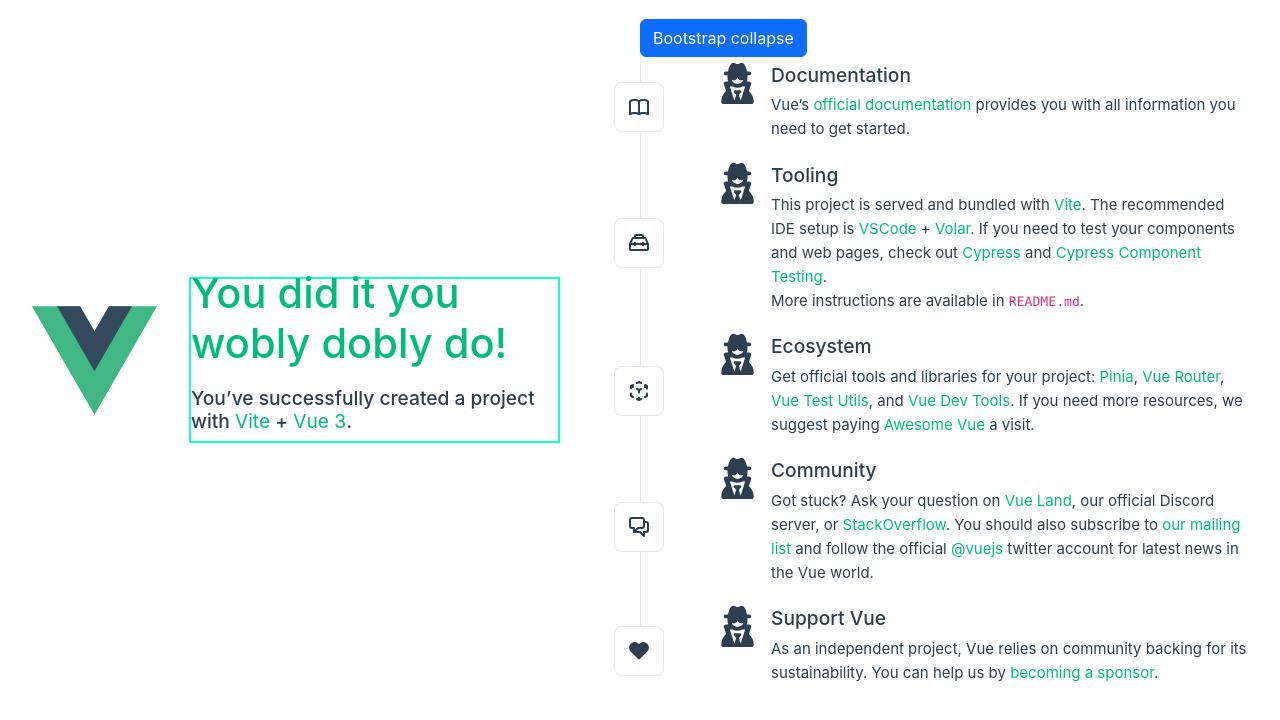
Repository: mchlebosz/Hackaton-AKAI-App
Page: / (app in vue-3/)
An editor plug-in stored every save of this project. The page is shown before and after the next save, followed by the edit.
The browser window is 1280 px wide. The pictures show the whole page.
The project was rebuilt for these pictures with package versions that can differ from the ones it lists, and the page was loaded fresh each time. Also part of the build but not shown: vue-3/vite.config.js.

Above is the page before, as saved 2022-11-03 13:00:48.

### vue-3/src/main.js
import { createApp } from "vue";
import App from "./App.vue";

import "bootstrap/dist/css/bootstrap.css";
import "./assets/main.css";

/* import the fontawesome core */
import { library } from "@fortawesome/fontawesome-svg-core";

/* import font awesome icon component */
import { FontAwesomeIcon } from "@fortawesome/vue-fontawesome";

/* import specific icons */
import { faUserSecret } from "@fortawesome/free-solid-svg-icons";

import "bootstrap-icons/font/bootstrap-icons.css";

/* add icons to the library */
library.add(faUserSecret);

createApp(App).component("fa-icon", FontAwesomeIcon).mount("#app");

import "bootstrap/dist/js/bootstrap.js";

### vue-3/src/App.vue
<script setup>
import HelloWorld from "./components/HelloWorld.vue";
import TheWelcome from "./components/TheWelcome.vue";
</script>

<template>
  <header>
    <img
      alt="Vue logo"
      class="logo"
      src="./assets/logo.svg"
      width="125"
      height="125"
    />

    <div class="wrapper">
      <HelloWorld msg="You did it you wobly dobly do!" />
    </div>
  </header>

  <main>
    <TheWelcome />
  </main>
</template>

<style lang="scss" scoped>
header {
  line-height: 1.5;
  div {
    border: 1px solid #1fc;
  }
}

.logo {
  display: block;
  margin: 0 auto 2rem;
}

@media (min-width: 1024px) {
  header {
    display: flex;
    place-items: center;
    padding-right: calc(var(--section-gap) / 2);
  }

  .logo {
    margin: 0 2rem 0 0;
  }

  header .wrapper {
    display: flex;
    place-items: flex-start;
    flex-wrap: wrap;
  }
}
</style>

### vue-3/src/components/TheWelcome.vue
<script setup>
import WelcomeItem from "./WelcomeItem.vue";
import DocumentationIcon from "./icons/IconDocumentation.vue";
import ToolingIcon from "./icons/IconTooling.vue";
import EcosystemIcon from "./icons/IconEcosystem.vue";
import CommunityIcon from "./icons/IconCommunity.vue";
import SupportIcon from "./icons/IconSupport.vue";
</script>

<template>
  <button
    class="btn btn-primary"
    data-bs-target="#collapseTarget"
    data-bs-toggle="collapse"
  >
    Bootstrap collapse
  </button>
  <div class="collapse py-2" id="collapseTarget">
    This is the toggle-able content!
  </div>
  <WelcomeItem>
    <template #icon>
      <DocumentationIcon />
    </template>
    <template #heading>Documentation</template>

    Vue’s
    <a href="https://vuejs.org/" target="_blank" rel="noopener"
      >official documentation</a
    >
    provides you with all information you need to get started.
  </WelcomeItem>

  <WelcomeItem>
    <template #icon>
      <ToolingIcon />
    </template>
    <template #heading>Tooling</template>

    This project is served and bundled with
    <a
      href="https://vitejs.dev/guide/features.html"
      target="_blank"
      rel="noopener"
      >Vite</a
    >. The recommended IDE setup is
    <a href="https://code.visualstudio.com/" target="_blank" rel="noopener"
      >VSCode</a
    >
    +
    <a
      href="https://github.com/johnsoncodehk/volar"
      target="_blank"
      rel="noopener"
      >Volar</a
    >. If you need to test your components and web pages, check out
    <a href="https://www.cypress.io/" target="_blank" rel="noopener">Cypress</a>
    and
    <a href="https://on.cypress.io/component" target="_blank"
      >Cypress Component Testing</a
    >.

    <br />

    More instructions are available in <code>README.md</code>.
  </WelcomeItem>

  <WelcomeItem>
    <template #icon>
      <EcosystemIcon />
    </template>
    <template #heading>Ecosystem</template>

    Get official tools and libraries for your project:
    <a href="https://pinia.vuejs.org/" target="_blank" rel="noopener">Pinia</a>,
    <a href="https://router.vuejs.org/" target="_blank" rel="noopener"
      >Vue Router</a
    >,
    <a href="https://test-utils.vuejs.org/" target="_blank" rel="noopener"
      >Vue Test Utils</a
    >, and
    <a href="https://github.com/vuejs/devtools" target="_blank" rel="noopener"
      >Vue Dev Tools</a
    >. If you need more resources, we suggest paying
    <a
      href="https://github.com/vuejs/awesome-vue"
      target="_blank"
      rel="noopener"
      >Awesome Vue</a
    >
    a visit.
  </WelcomeItem>

  <WelcomeItem>
    <template #icon>
      <CommunityIcon />
    </template>
    <template #heading>Community</template>

    Got stuck? Ask your question on
    <a href="https://chat.vuejs.org" target="_blank" rel="noopener">Vue Land</a
    >, our official Discord server, or
    <a
      href="https://stackoverflow.com/questions/tagged/vue.js"
      target="_blank"
      rel="noopener"
      >StackOverflow</a
    >. You should also subscribe to
    <a href="https://news.vuejs.org" target="_blank" rel="noopener"
      >our mailing list</a
    >
    and follow the official
    <a href="https://twitter.com/vuejs" target="_blank" rel="noopener"
      >@vuejs</a
    >
    twitter account for latest news in the Vue world.
  </WelcomeItem>

  <WelcomeItem>
    <template #icon>
      <SupportIcon />
    </template>
    <template #heading>Support Vue</template>

    As an independent project, Vue relies on community backing for its
    sustainability. You can help us by
    <a href="https://vuejs.org/sponsor/" target="_blank" rel="noopener"
      >becoming a sponsor</a
    >.
  </WelcomeItem>
</template>

### vue-3/src/components/WelcomeItem.vue
<template>
  <div class="item">
    <fa-icon class="fa-icon" icon="fa-solid fa-user-secret" />
    <i>
      <slot name="icon"></slot>
    </i>
    <div class="details">
      <h3>
        <slot name="heading"></slot>
      </h3>
      <slot></slot>
    </div>
  </div>
</template>

<style lang="scss" scoped>
.fa-icon {
  font-size: 40px;
}
.item {
  margin-top: 2rem;
  display: flex;
}

.details {
  flex: 1;
  margin-left: 1rem;
}

i {
  display: flex;
  place-items: center;
  place-content: center;
  width: 32px;
  height: 32px;

  color: var(--color-text);
}

h3 {
  font-size: 1.2rem;
  font-weight: 500;
  margin-bottom: 0.4rem;
  color: var(--color-heading);
}

@media (min-width: 1024px) {
  .item {
    margin-top: 0;
    padding: 0.4rem 0 1rem calc(var(--section-gap) / 2);
  }

  i {
    top: calc(50% - 25px);
    left: -26px;
    position: absolute;
    border: 1px solid var(--color-border);
    background: var(--color-background);
    border-radius: 8px;
    width: 50px;
    height: 50px;
  }

  .item:before {
    content: " ";
    border-left: 1px solid var(--color-border);
    position: absolute;
    left: 0;
    bottom: calc(50% + 25px);
    height: calc(50% - 25px);
  }

  .item:after {
    content: " ";
    border-left: 1px solid var(--color-border);
    position: absolute;
    left: 0;
    top: calc(50% + 25px);
    height: calc(50% - 25px);
  }

  .item:first-of-type:before {
    display: none;
  }

  .item:last-of-type:after {
    display: none;
  }
}
</style>

Loaded but not shown: vue-3/index.html (common file); vue-3/src/assets/main.css (common file); vue-3/src/components/HelloWorld.vue (common file); vue-3/src/assets/base.css (common file); vue-3/src/components/icons/IconDocumentation.vue (common file); vue-3/src/components/icons/IconTooling.vue (common file); vue-3/src/components/icons/IconEcosystem.vue (common file); vue-3/src/components/icons/IconCommunity.vue (common file); vue-3/src/components/icons/IconSupport.vue (common file)

After the next save:
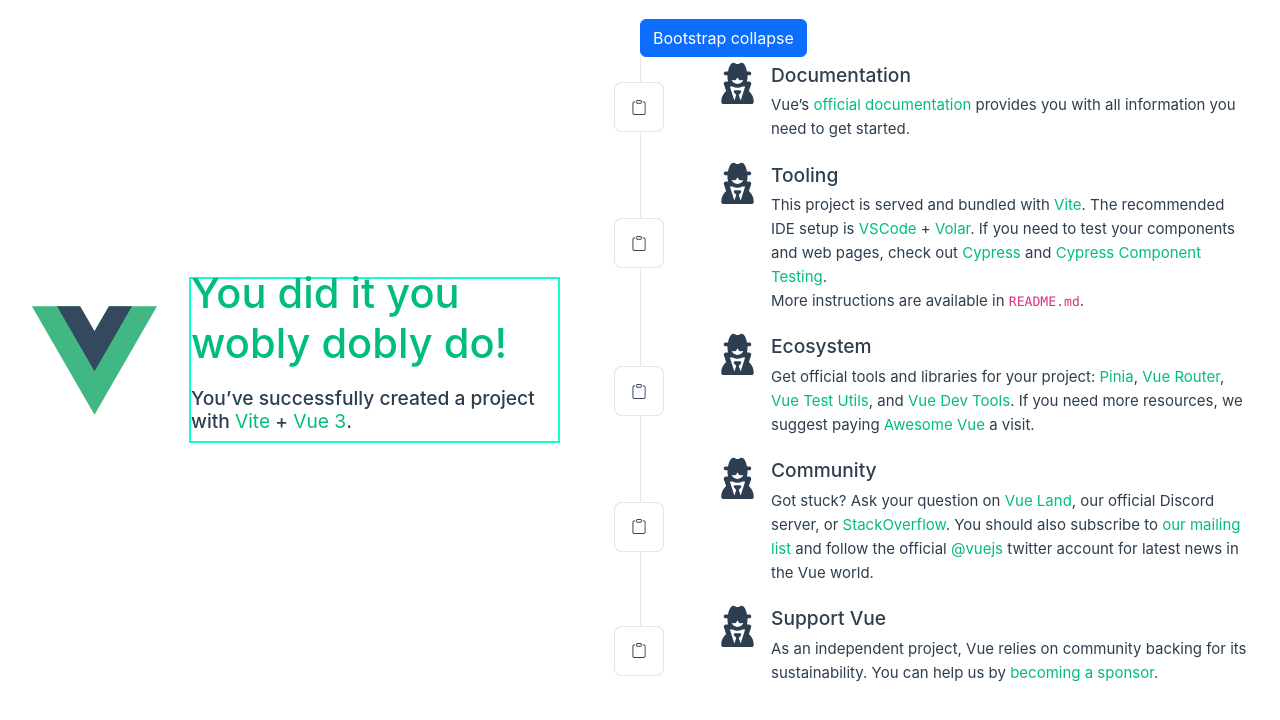
Saved 24 s later.
--- a/vue-3/src/components/WelcomeItem.vue
+++ b/vue-3/src/components/WelcomeItem.vue
@@ -10,6 +10,7 @@
       </h3>
       <slot></slot>
     </div>
+    <i class="bi bi-clipboard"></i>
   </div>
 </template>
 
